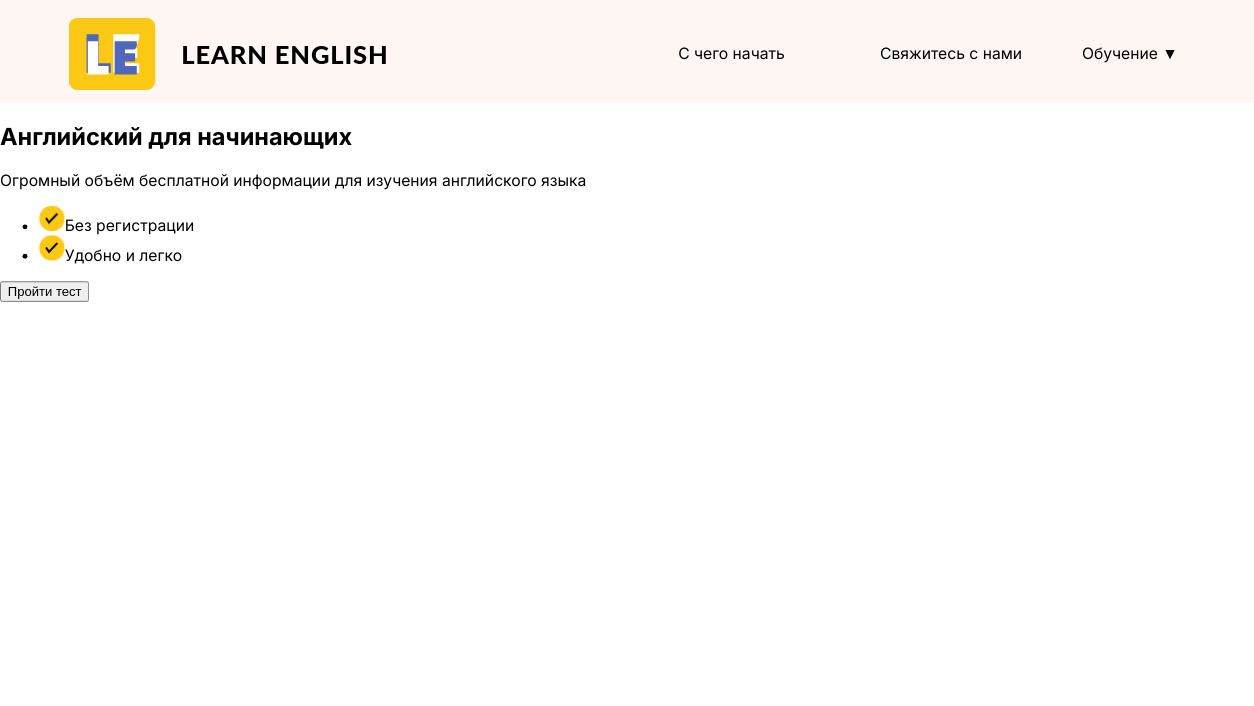
Repository: WladimirVA/Diplom
Page: scool/index.html
An editor plug-in stored every save of this project. The page is shown before and after the next save, followed by the edit.
The browser window is 1280 px wide. The pictures show the whole page, at 98% of full size.

Above is the page before, as saved 2023-07-06 17:25:14.

### scool/index.html
<!DOCTYPE html>
<html lang="en">
<head>
    <meta charset="UTF-8">
    <meta name="viewport" content="width=device-width, initial-scale=1.0">
    <link href="./css/index.css" rel="stylesheet" type="text/css">
    <link href="../static/css/fonts.css" rel="stylesheet" type="text/css">
    <title>Learn english</title>
</head>
<body>
    <header class="header" di="HOME">
        <div class="section">
            <div class="section-header">
                <div class="logo">
                    <img src="./img/Vector.svg">
                    <p>Learn english</p>
                </div>
                <div>

                    <ul class="ddropdownn">
                        <li class="ddropdownn-top">
                        <a class="ddropdownn-top" href="#">С чего начать</a>
                        </li>
                        <li class="ddropdownn-top">
                            <a class="ddropdownn-top" href="#">Свяжитесь с нами</a>
                        </li>
                        <li class="ddropdownn-top">
                        <a class="ddropdownn-top" href="#">Обучение &#9660;</a>
                            <ul class="ddropdownn-inside">
                                <li><a href="/">Карточки-слова</a></li>
                                <li><a href="/">Самоучитель</a></li>
                                <li><a href="/">Видео</a></li>
                                <li><a href="/">Тестирование</a></li>
                                <li><a href="/">Картинки</a></li>
                            </ul>
                        </li>

                    </ul>

                    <!-- <ul class="header-nav">
                        <li><a class="link" href="#ADVAN_TEST">С чего начать</a></li>
                        <li><a class="link" href="#LANGUAGE_LEVELS">Обучение &#9660;</a></li>
                        <li><a class="link" href="mailto:Vorobeyenglish@ya.ru">Свяжитесь с нами</a></li>
                         <li><a class="link" href="#">О проекте</a></li>
                    </ul> -->
                </div>
            </div>
        </div>
    </header>
    <main>
        <section class="BEGINNES">
            <div class="beginners-inf">
                <h1>Английский для начинающих</h1>
                <p>Огромный объём бесплатной информации для изучения английского языка</p>
                <div>
                    <ul class="home_ul">
                        <li class="home_li"><img class="check" src="./img/Иконка _Галочка_ 3.svg">Без регистрации</li>
                        <li class="home_li"><img class="check" src="./img/Иконка _Галочка_ 3.svg">Удобно и легко</li>
                    </ul>
                </div>
                <div class="buttonsHome">
                    <form action="../next_test" method="post">
                        <button class="button_home">Пройти тест</button>
                    </form>
                </div>
            </div>
        </section>
    </main>

</body>
</html>

### scool/css/index.css
body {
    scroll-behavior: smooth;
    align-items: center;
    width: 100%;
    max-width: 1366px;
    margin: auto;
    font-family: 'Inter', 'Work Sans', "NunitoSans-Light", Arial, Helvetica, sans-serif;
}

.logo {
    display: flex;
    align-items: center;
}

.logo p {
    font-family: Lato;
    font-size: 26px;
    font-weight: 800;
    line-height: 48px;
    letter-spacing: 0.035em;
    text-align: left;
    text-transform: uppercase;
    padding-left: 1em;
}

/* .link {
    font-family: Inter;
    font-size: 16px;
    font-weight: 500;
    line-height: 20px;
    letter-spacing: 0em;
    padding-right: 60px;
    text-decoration: none;
    color: #000000;


}

.header-nav {
    display: flex;
    list-style-type: none;
    padding-top: 20px;
} */
/* Стили выпадающего списка */
ul.ddropdownn li {/* Считаем координаты относительно исходного места. */
    position: relative; }
ul.ddropdownn, ul.ddropdownn-inside {
    /* Отступы на нуле. */
    padding: 0;
    /* Маркеры уберем. */
    list-style-type: none;
    }
ul.ddropdownn-inside {
    /* Спрячем дочерние элементы выпадающего списка. */
    left: -9999px;
    position: absolute;
    }
ul.ddropdownn li.ddropdownn-top {
    /* Небольшой отступ. */
    margin: 20px 1px 0 0;
    /* Выравнивание по левой стороне. */
    float: left;
    display: inline;
    }
ul.ddropdownn li.ddropdownn-top a {
    /* Делаю элементы блочными. */
    display: block;
    /* Снова отступы. */
    padding: 3px 30px 4px;
    text-decoration: none;
    color: black;
    font-family: Inter;
    width: 145px;
    }
/* ul.ddropdownn a.ddropdownn-top {/* Цвет фона. */ background: #FEF6F3; } */
ul.ddropdownn a.ddropdownn-top:hover {/* Отступы. */ padding: 13px 20px 4px; }
ul.ddropdownn li.ddropdownn-top:hover .ddropdownn-inside {
    left: 0;
    /* Делаю элементы блочными. */
    display: block;
    }
ul.ddropdownn .ddropdownn-inside {/* Цвет фона. */ background: #FEF6F3; }
ul.ddropdownn .ddropdownn-inside a:hover {/* Цвет фона изменится при наведении. */
    background: #FEF6F3; }


@media screen and (max-width: 745px) {
    .header-nav {
        display: block;
        padding-top: 0px;
    }
}


.section-header {
    display: flex;
    justify-content: space-between;
    background-color: #FEF6F3;
    padding: 5px 0px 0 70px;

}

### static/css/fonts.css
/* @import url('https://fonts.googleapis.com/css2?family=Work+Sans:ital,wght@0,600;0,800;1,800&display=swap'); */


/* @import url('https://fonts.googleapis.com/css2?family=Inter:wght@400;500;600;700;800&family=Work+Sans:ital,wght@0,600;0,800;1,800&display=swap'); */


@import url('https://fonts.googleapis.com/css2?family=Inter:wght@100;200;300;400;500;600;700;800;900&display=swap');

@import url('https://fonts.googleapis.com/css2?family=Inter:wght@100;200;300;400;500;600;700;800;900&family=Work+Sans:ital,wght@0,100;0,200;0,300;0,400;0,500;0,600;0,700;0,800;0,900;1,100;1,200;1,300;1,400;1,500;1,600;1,700;1,800;1,900&display=swap');

After the next save:
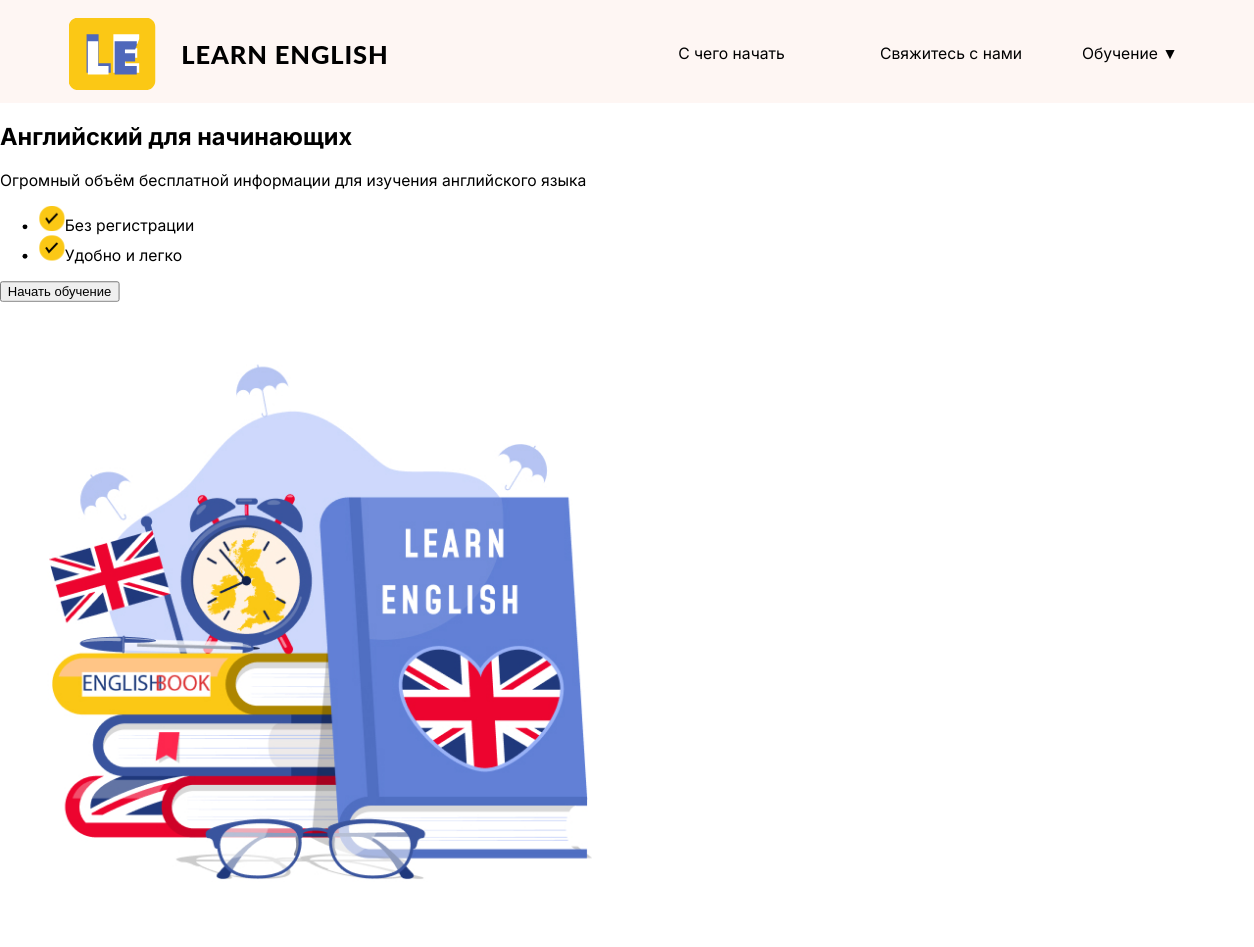
Saved 109 s later.
--- a/scool/index.html
+++ b/scool/index.html
@@ -59,10 +59,13 @@
                     </ul>
                 </div>
                 <div class="buttonsHome">
-                    <form action="../next_test" method="post">
-                        <button class="button_home">Пройти тест</button>
+                    <form action="#" method="post">
+                        <button class="button_home">Начать обучение</button>
                     </form>
                 </div>
+            </div>
+            <div class="beginners-img">
+                <img src="./img/BACKGROUND.jpg" alt="">
             </div>
         </section>
     </main>
